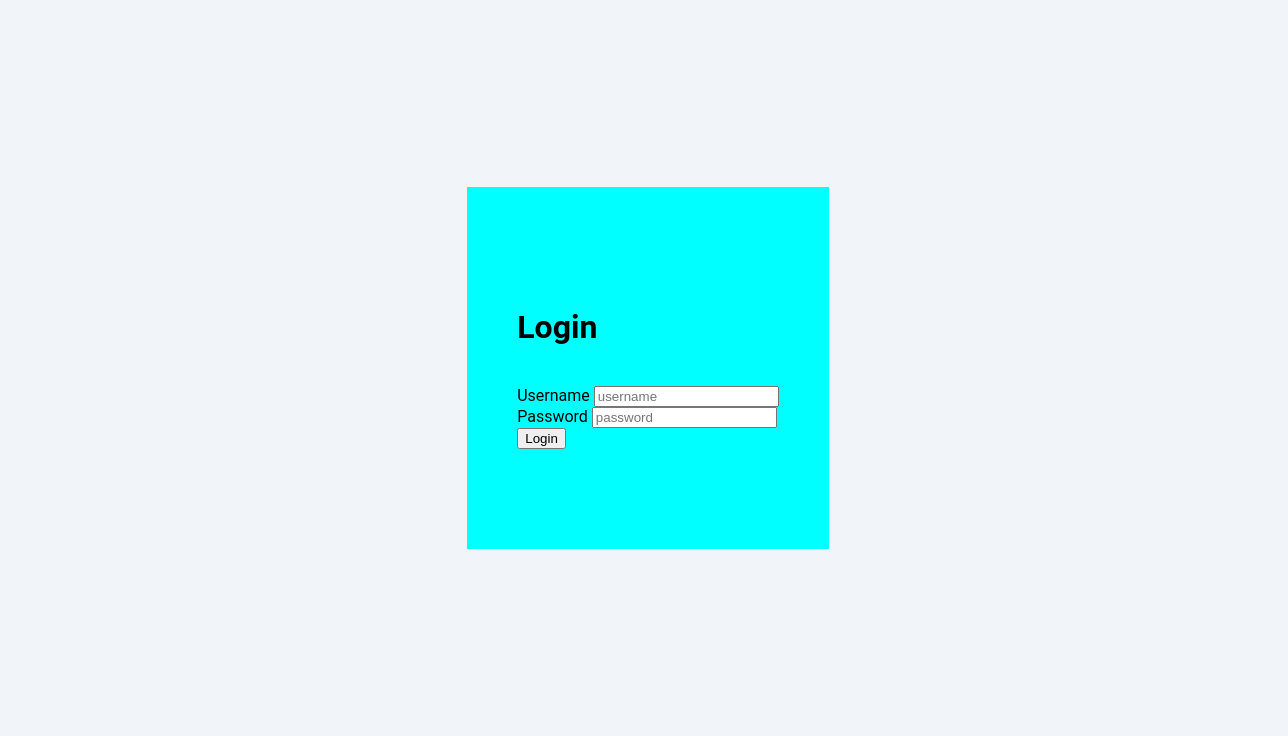
Repository: musdalifahzahra/Projek-Akhir-PWD-2026
Page: http://localhost/1-login.php
An editor plug-in stored every save of this project. The page is shown before and after the next save, followed by the edit.
The browser window is 1280 px wide. The page is 1288 px wide, so the pictures cover 1288 px, including what lies to the right of the window. The pictures show the whole page.
The page is run by PHP 8.4 with error messages shown; the project is at /var/www/html/.

Above is the page before, as saved 2026-04-10 20:32:03.

### 1-login.php
<?php
session_start();
$error = false;

if ($_SERVER["REQUEST_METHOD"] == "POST") {
    //php variabel
    $username = $_post["username"];
    $password = $_post["password"];

    //cek informasi login
    if ($username === "a" and $password === "a") {
        $_SESSION["username"] = $_POST["username"];
        $_SESSION["password"] = $_POST["password"];
        exit();
    } else {
        $error = true;
    }
}
?>

<!DOCTYPE html>
<html lang="en">

<head>
    <meta charset="UTF-8">
    <meta name="viewport" content="width=device-width, initial-scale=1.0">
    <title>Document</title>
    <link rel="stylesheet" href="template-css.css">
    <link rel="stylesheet" href="1-login-css.css">
</head>

<body>
    <div class="login">
        <h1>Login</h1> <br>
        <div class="form_login">
            <form action="2-dashboard.php" method="post">
                <!-- username -->
                <label for="username">Username</label>
                <input type="text" name="username" id="username" placeholder="username"><br>
                <!-- password -->
                <label for="password">Password</label>
                <input type="text" name="password" id="password" placeholder="password">
                <div class="pesan_error">
                    <?php if ($error === true) { ?>
                        <span>Ussername atau Password salah</span>
                    <?php } ?>
                </div>
                <button type="submit">Login</button>
            </form>
        </div>
    </div>
</body>

</html>

### template-css.css
:root {
  --color-nav: #1e293b;
  --color-bag-web: #F1F5F9;
  --color-card: #ffffff;
  --color-belum-dipencet: #94a3b8;
  --color-kurson: #cbd5e1;
  --color-tulisan-utama: #334155;
  --color-pemasukan: #10b981;
  --color-pengeluaran: #ef4444;
  --color-border: #e2e8f0;
  --color-border-card: #cbd5e1;
  --color-input: #F8FAFC;
}

body {
  font-family: "Roboto", sans-serif;
}

nav {
  background-color: var(--color-nav);
  height: 60px;
  display: flex;
  align-items: center;
  justify-content: space-between;
  padding: 0px 50px;
  z-index: 1;
}

nav span {
  color: var(--color-card);
}

nav ul {
  padding: 0px;
  margin: 0px;
  display: flex;
  gap: 20px;
}
nav li {
  margin-right: 5px;
  display: inline;
  font-style: none;
}

nav a {
  color: var(--color-belum-dipencet);
  text-decoration: none;
}

.nav-active {
  color: var(--color-card);
  text-decoration: underline;
  text-underline-offset: 5px;
}

nav a:hover {
  color: var(--color-kurson);
}
body {
  background-color: var(--color-bag-web);
}

### 1-login-css.css
body {
  height: 100vh;
  width: 100%;
  display: flex;
  justify-content: center;
  align-items: center;
}

.login{
    padding: 100px 50px;
    background-color: aqua;
    /* width: 500px;
    height: 500px; */
}

After the next save:
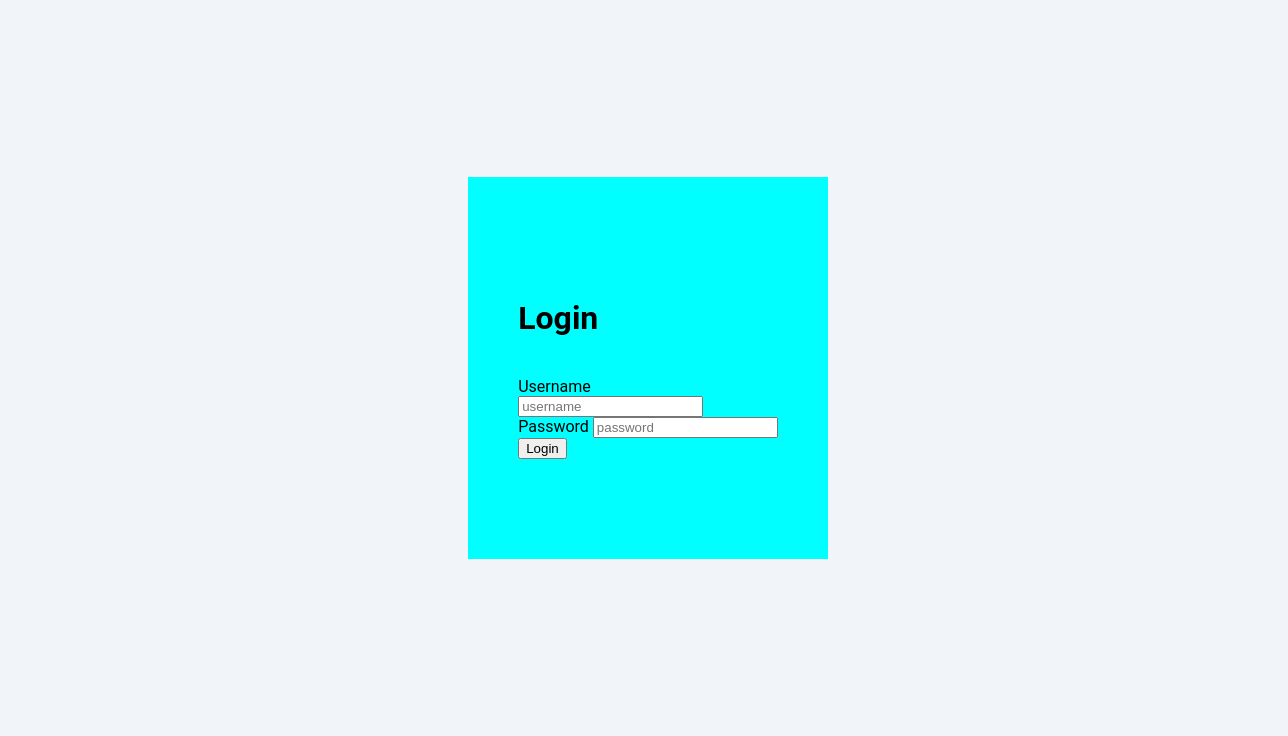
Saved 36 s later.
--- a/1-login.php
+++ b/1-login.php
@@ -35,7 +35,7 @@ if ($_SERVER["REQUEST_METHOD"] == "POST") {
         <div class="form_login">
             <form action="2-dashboard.php" method="post">
                 <!-- username -->
-                <label for="username">Username</label>
+                <label for="username">Username</label><br>
                 <input type="text" name="username" id="username" placeholder="username"><br>
                 <!-- password -->
                 <label for="password">Password</label>
